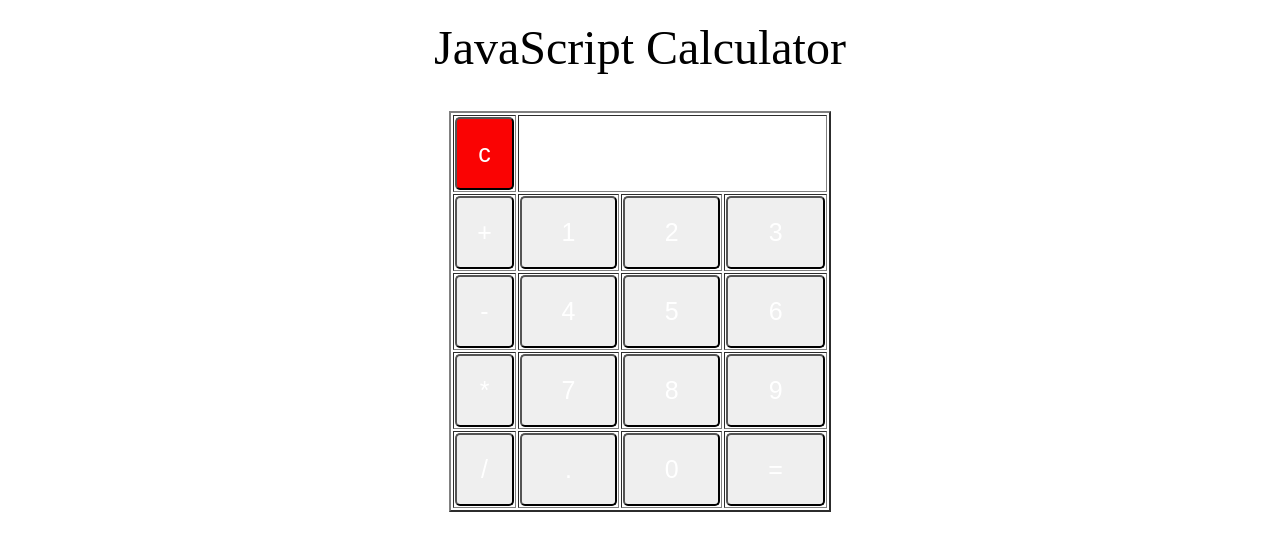
Repository: spidero7/Simple-Calculator
Page: index.html
The author's editor kept a copy of each file at every save. The page is drawn from the files as they stood at one save, then again after a run of saves.
The browser window is 1280 px wide. The pictures show the whole page.

Above is the page before, as saved 2021-09-15 08:38:46.

### index.html
<!DOCTYPE html>
<html lang="en">
<head>
    <meta charset="UTF-8">
    <meta http-equiv="X-UA-Compatible" content="IE=edge">
    <meta name="viewport" content="width=device-width, initial-scale=1.0">
    <title>Calculator</title>
    <link rel="stylesheet" href="style.css">
</head>
<body>
        <div class="title">JavaScript Calculator</div>
        <div class="calculator-container">
            <table border="2">
                <tr>
                    <td><input type="button" value="c" onclick="clr()"/></td>
                    <td colspan="3"><input type="text" id="textval"/></td>
                </tr>
                <tr>
                    <td><input type="button" value="+" class="action" onclick="display('+')"/></td>
                    <td><input type="button" value="1" class="numbers" onclick="display('1')"/></td>
                    <td><input type="button" value="2" class="numbers" onclick="display('2')"/></td>
                    <td><input type="button" value="3" class="numbers" onclick="display('3')"/></td>
                </tr>
                <tr>
                    <td><input type="button" value="-" class="action" onclick="display('-')"/></td>
                    <td><input type="button" value="4" class="numbers" onclick="display('4')"/></td>
                    <td><input type="button" value="5" class="numbers" onclick="display('5')"/></td>
                    <td><input type="button" value="6" class="numbers" onclick="display('6')"/></td>
                </tr>
                <tr>
                    <td><input type="button" value="*" class="action" onclick="display('*')"/></td>
                    <td><input type="button" value="7" class="numbers" onclick="display('7')"/></td>
                    <td><input type="button" value="8" class="numbers" onclick="display('8')"/></td>
                    <td><input type="button" value="9" class="numbers" onclick="display('9')"/></td>
                </tr>
                <tr>
                    <td><input type="button" value="/" class="action" onclick="display('/')"/></td>
                    <td><input type="button" value="." class="numbers" onclick="display('.')"/></td>
                    <td><input type="button" value="0" class="numbers" onclick="display('0')"/></td>
                    <td><input type="button" value="=" class="numbers" onclick="equals()"/></td>
                </tr>
            </table>
        </div>
    <script src="app.js"></script>
</body>
</html>

### style.css
* {
    box-sizing: border-box;
}

body {
    margin: 0;
    padding: 0;
}

.calculator-container {
    display: flex;
    justify-content: center;
    align-items: center;
    width: 100vw;
    height: 60vh;
}

.title {
    display: flex;
    text-align: center;
    margin: 20px;
    font-size: 3rem;
    justify-content: center;
}


input[type="button"] {
    color: white;
    border-radius: 5px;
    border-color: black;
    width: 100%;
    padding: 20px;
    font-size: 25px;
    cursor: pointer;
}

input[type="text"] {
    text-align: right;
    background-color: none;
    color: black;
    border: none;
    width: 100%;
    padding: 20px;
    font-size: 20px;
}

input[value="c"] {
    background-color: rgb(250, 3, 3);
}

.action

### app.js
function display(val) {
    document.getElementById("textval").value+=val
}

function equals() {
    let x = document.getElementById("textval").value
    let y = eval(x)
    document.getElementById('textval').value = y
}

function clr() {
    document.getElementById('textval').value = ""
}

After the next 2 saves:
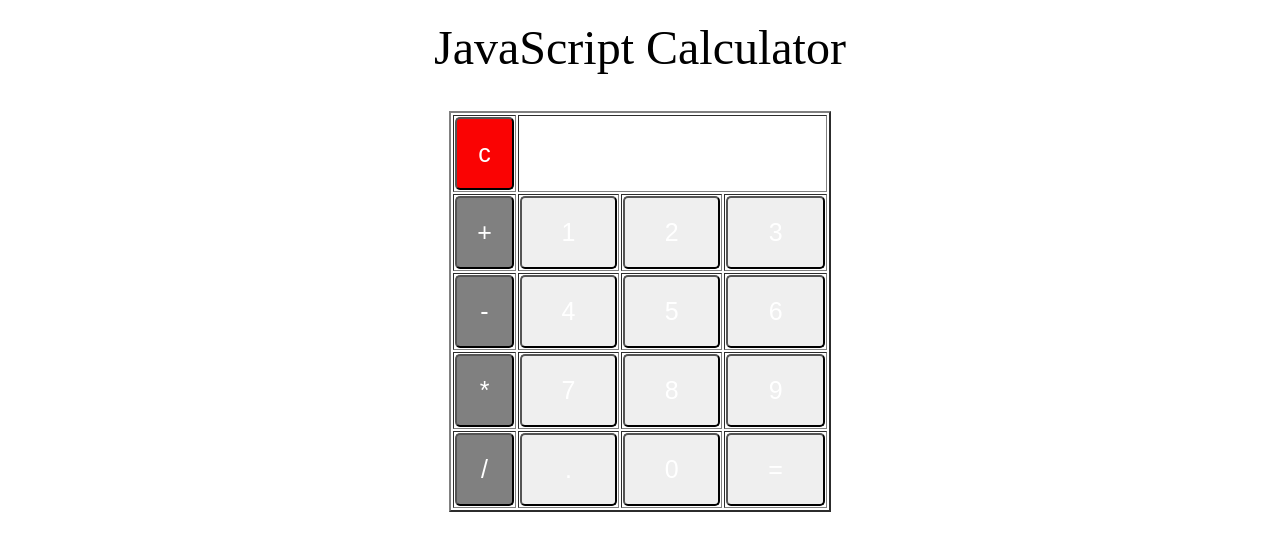
The 2 saves are shown as one change because they came seconds apart.
The last was saved 5 s later.
--- a/style.css
+++ b/style.css
@@ -48,4 +48,6 @@ input[value="c"] {
     background-color: rgb(250, 3, 3);
 }
 
-.action
+.action {
+    background-color: grey;
+}
